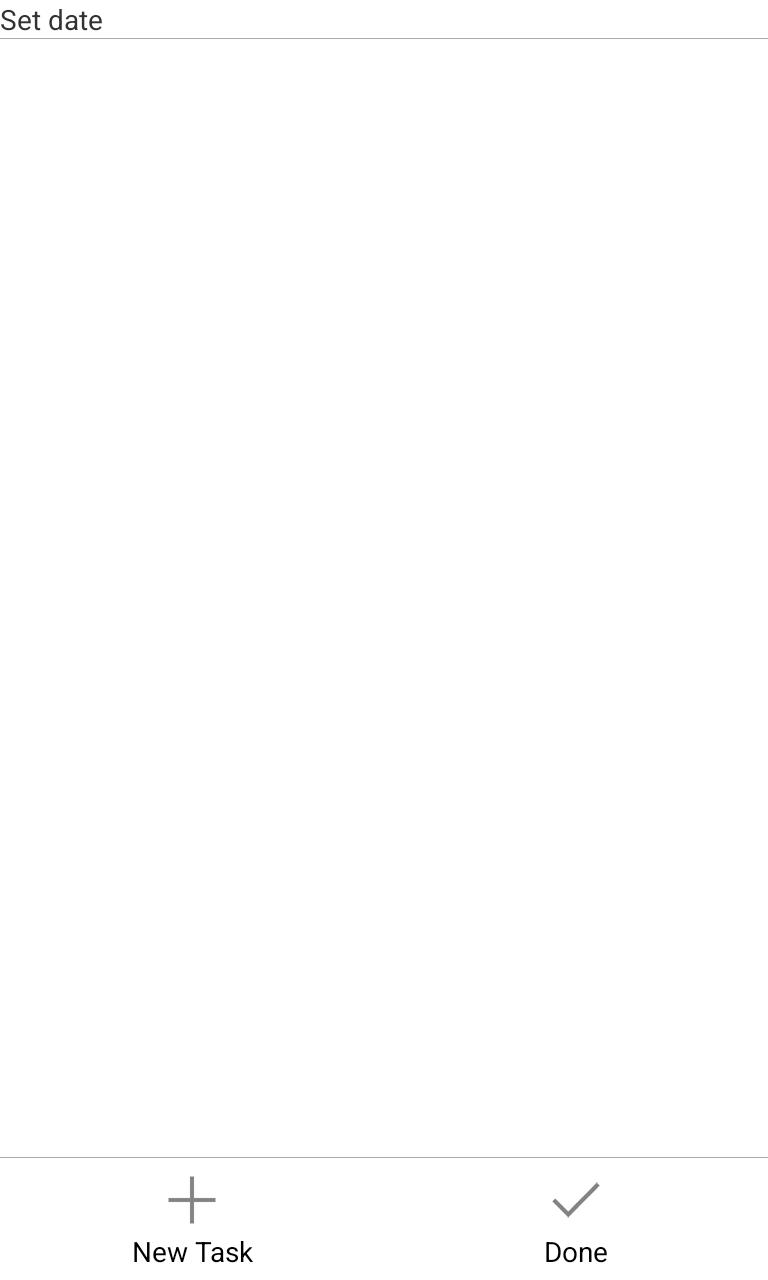
Repository: larserikstrand/IMT4904-Master
Layout: Todoity/res/layout/activity_list.xml
These files come from the project's save history. The layout is drawn as it stood at one moment and after the next save; the edit follows.
It is drawn on a 768 x 1280 px phone screen (xhdpi) without system bars, with theme android:Theme.Holo.Light; the app's code is not run. Lists and similar views that code fills are empty.

Above is the layout before, as saved 2014-03-17 19:39:09.

### Todoity/res/layout/activity_list.xml
<LinearLayout xmlns:android="http://schemas.android.com/apk/res/android"
    xmlns:tools="http://schemas.android.com/tools"
    android:layout_width="match_parent"
    android:layout_height="match_parent"
    android:orientation="vertical"
    tools:context=".ListActivity" >

    <TextView android:id="@+id/date_text"
        android:layout_width="match_parent"
        android:layout_height="wrap_content"
        android:text="@string/set_date" />

    <View android:layout_width="match_parent"
        android:layout_height="0.2dp"
        android:background="@android:color/darker_gray" />

    <ListView android:id="@+id/tasklist_list"
        android:layout_width="match_parent"
        android:layout_height="0dp"
        android:layout_weight="1"
        android:paddingLeft="@dimen/activity_horizontal_margin"
    	android:paddingRight="@dimen/activity_horizontal_margin" />

    <View android:layout_width="match_parent"
        android:layout_height="0.2dp"
        android:background="@android:color/darker_gray" />

    <LinearLayout android:layout_width="match_parent"
        android:layout_height="wrap_content"
        android:orientation="horizontal" >

        <Button android:id="@+id/new_task_button"
        	android:layout_width="0dp"
        	android:layout_height="wrap_content"
        	android:layout_weight="1"
        	android:paddingTop="5dp"
        	android:paddingBottom="5dp"
        	android:background="?android:attr/selectableItemBackground"
        	android:text="@string/new_task"
        	android:textAppearance="?android:attr/textAppearanceSmall"
        	android:drawableTop="@drawable/ic_content_new" />

        <Button android:id="@+id/done_button"
            android:layout_width="0dp"
        	android:layout_height="wrap_content"
        	android:layout_weight="1"
        	android:paddingTop="5dp"
        	android:paddingBottom="5dp"
        	android:background="?android:attr/selectableItemBackground"
        	android:text="@string/done"
        	android:textAppearance="?android:attr/textAppearanceSmall"
        	android:drawableTop="@drawable/ic_navigation_accept" />

    </LinearLayout>

</LinearLayout>

### Todoity/res/values/strings.xml
<?xml version="1.0" encoding="utf-8"?>
<resources>

    <!-- Titles -->
    <string name="app_name">Todoity</string>
    <string name="title_activity_list">ListActivity</string>
    <string name="title_activity_new_task">New Task</string>
    <string name="title_activity_map">Map</string>
    <string name="title_activity_settings">Settings</string>
    <string name="title_activity_about">About</string>

    <!-- Menu -->
    <string name="action_settings">Settings</string>
    <string name="action_about">About</string>

    <!-- General -->
    <string name="owner">Owner: Lars Erik Strand</string>
    <string name="today">Today</string>
    <string name="week">Week</string>
    <string name="all_tasks">All Tasks</string>
    <string name="task">Task</string>
    <string name="new_task_list">New List</string>
    <string name="new_task">New Task</string>
    <string name="edit_list">Edit List</string>
    <string name="edit">Edit</string>
    <string name="delete">Delete</string>
    <string name="delete_task">Delete task</string>
    <string name="discard">Discard</string>
    <string name="set_date">Set date</string>
    <string name="save">Save</string>
    <string name="done">Done</string>
    <string name="location">Location</string>
    <string name="location_hint">Enter location</string>
    <string name="pinpoint">or pinpoint location on map</string>
    <string name="task_description_hint">Task description</string>
    <string name="time">Time</string>
    <string name="fixed_time">Fixed time</string>
    <string name="from">From</string>
    <string name="to">To</string>
    <string name="divider">-</string>
    <string name="start">Start</string>
    <string name="pause">Pause</string>
    <string name="finished">Finished</string>
    <string name="confirm">Confirm</string>
    <string name="add">Add</string>
    <string name="occupation">Occupation</string>
    <string name="move_task">Move task to another day</string>
    <string name="welcome">Welcome</string>

    <!-- Messages/Alerts -->
    <string name="set_location_message">You must choose a location for your task.</string>
    <string name="set_category_message">You must enter a task category.</string>
    <string name="set_date_message">You must enter a date.</string>
    <string name="set_time_message">This task has a fixed time. You must set the start and end time of the task.</string>
    <string name="save_message">Saving. Please wait&#8230;</string>
    <string name="discard_list_message">Are you sure you want do discard this list?</string>
    <string name="delete_list_message">Are you sure you want to delete this list?</string>
    <string name="welcome_message">Welcome to Todoity. As this is your first time running this application, please select an occupation before proceeding. You can change your occupation in settings later.</string>
    <string name="no_tasks_message">You haven\'t entered any tasks to save.</string>
    <string name="existing_list_message">A list with this date already exist. Do you wish to add tasks to the existing list or delete the existing list?</string>
    <string name="about_message">Todoity is developed as a Master thesis project at Gjøvik University College. It\'s purpose is not only to keep track of your tasks but also to gather contextual information as you do the tasks in order to give you future task recommendations.</string>

    <!-- Service -->
    <string name="contextservice_notification_title">Todoity Context Service:</string>
    <string name="contextservice_notification_message">Collecting contexts</string>
    <string name="geofenceservice_single_entered1">You are close to the task: </string>
    <string name="geofenceservice_single_entered2">Do you want to do this task now?</string>
    <string name="geofenceservice_multiple_entered">You are close to several tasks. Do you want to do these now?</string>

    <!-- Preferences -->
    <string name="pref_context_storage">Context Storage</string>
    <string name="pref_occupation_default">None</string>
    <string name="pref_context_storage_summ">Allow application to collect and store context information</string>
    <string name="pref_undergraduate">Undergraduate student (Bachelor)</string>
    <string name="pref_postgraduate">Postgraduate student (Master, Ph.D.)</string>

    <!-- Arrays -->


    <!-- Occupation task templates -->

    <string-array name="undergraduate_tasks_array">
        <item>Attend lecture</item>
        <item>Read</item>
        <item>Write report</item>
        <item>Do course exercises</item>
        <item>Meeting</item>
        <item>Group work</item>
        <item>Practical work</item>
        <item>Other</item>
    </string-array>
    <string-array name="postgraduate_tasks_array">
        <item>Attend lecture</item>
        <item>Read</item>
        <item>Write report</item>
        <item>Do course exercises</item>
        <item>Meeting</item>
        <item>Group work</item>
        <item>Practical work</item>
        <item>Experiment</item>
        <item>Other</item>
    </string-array>

    <!-- Occupation types -->
    <string-array name="pref_occupation_values">
        <item>Undergraduate student (Bachelor)</item>
        <item>Postgraduate student (Master, Ph.D.)</item>
    </string-array>


    <!-- Colors -->
    <color name="lightgreen">#2200ff00</color>
    <color name="lightgrey">#55aaaaaa</color>

</resources>

Loaded but not shown: Todoity/res/values/dimens.xml (common file)

After the next save:
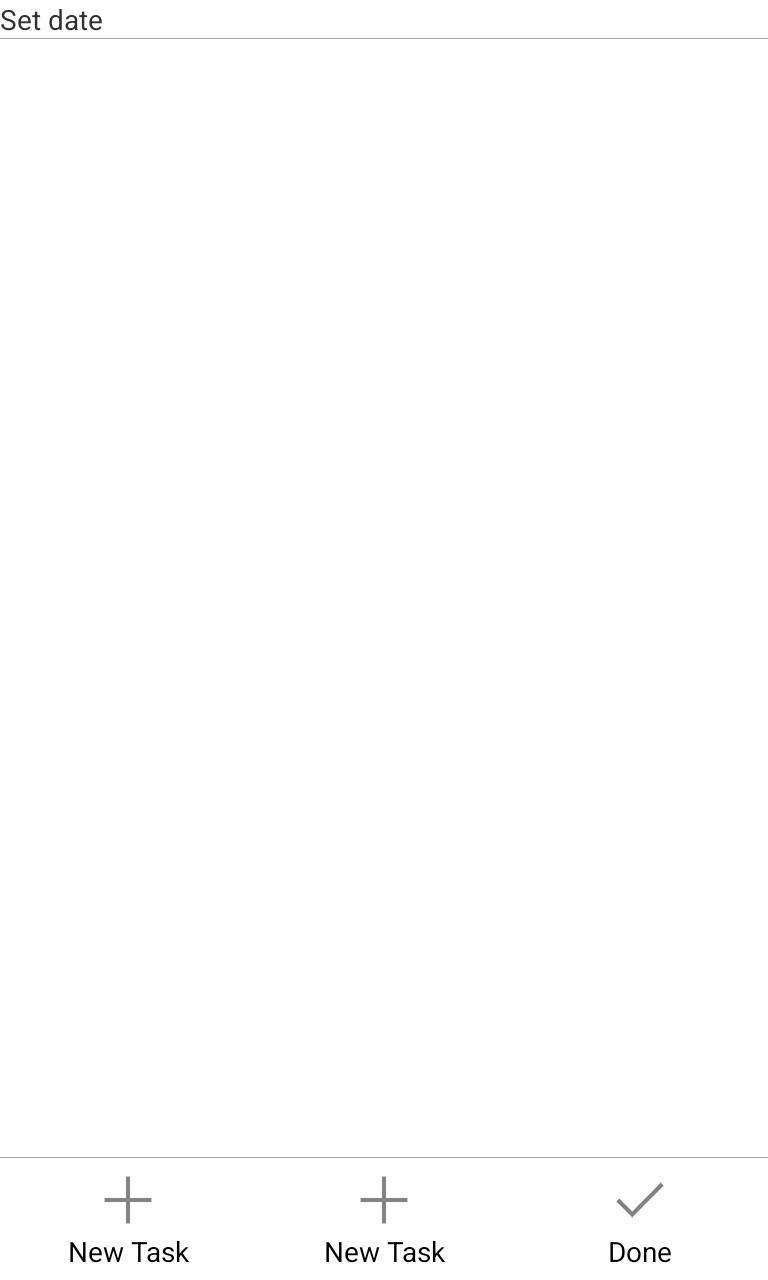
Saved 5 min 30 s later.
--- a/Todoity/res/layout/activity_list.xml
+++ b/Todoity/res/layout/activity_list.xml
@@ -40,6 +40,17 @@
         	android:textAppearance="?android:attr/textAppearanceSmall"
         	android:drawableTop="@drawable/ic_content_new" />
 
+        <Button android:id="@+id/date_button"
+        	android:layout_width="0dp"
+        	android:layout_height="wrap_content"
+        	android:layout_weight="1"
+        	android:paddingTop="5dp"
+        	android:paddingBottom="5dp"
+        	android:background="?android:attr/selectableItemBackground"
+        	android:text="@string/new_task"
+        	android:textAppearance="?android:attr/textAppearanceSmall"
+        	android:drawableTop="@drawable/ic_content_new" />
+
         <Button android:id="@+id/done_button"
             android:layout_width="0dp"
         	android:layout_height="wrap_content"
